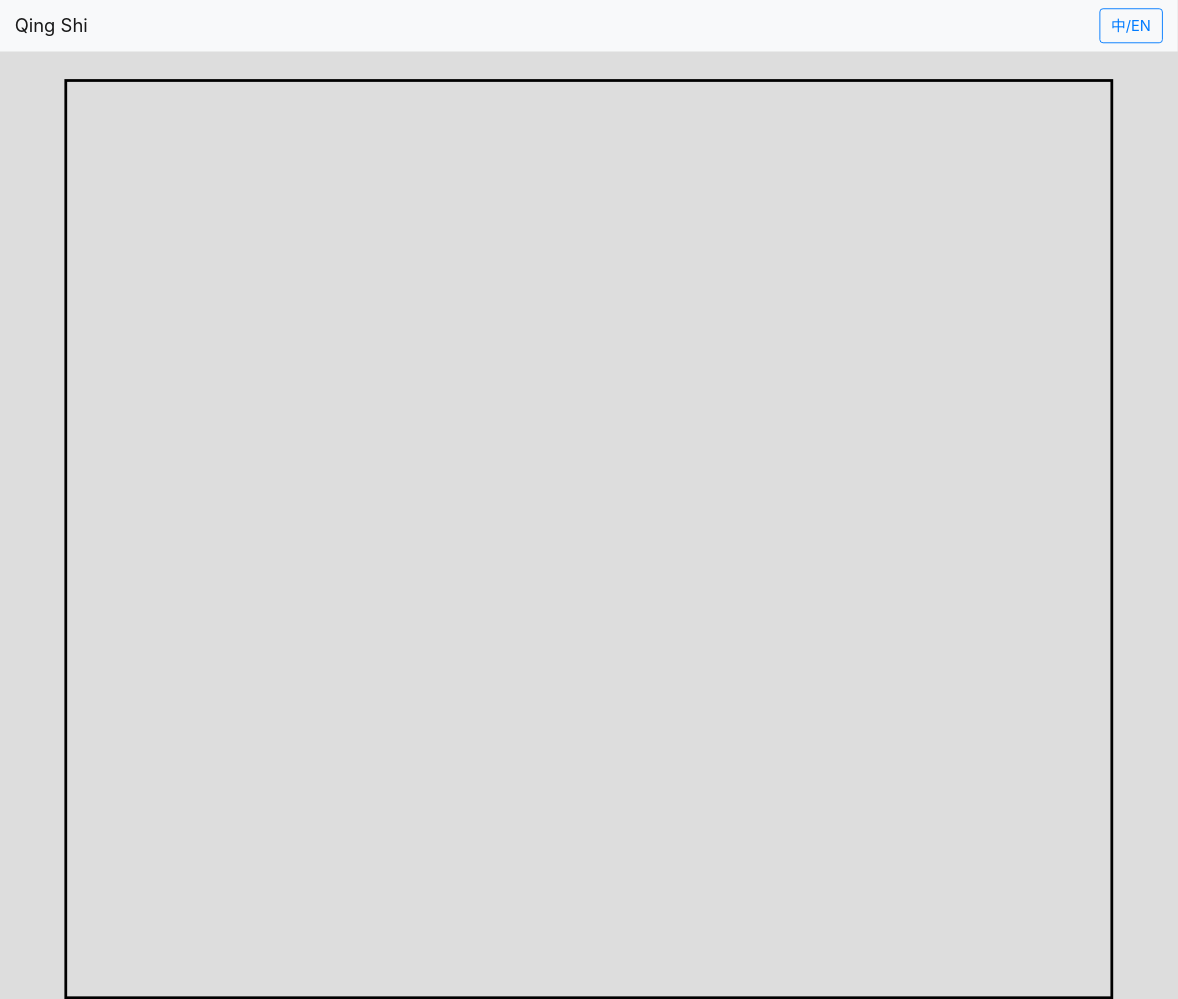
Repository: sqsssq/webpage
Page: index.html
An editor plug-in stored every save of this project. The page is shown before and after the next save, followed by the edit.
The browser window is 1280 px wide. The pictures show the whole page, at 92% of full size.
Some web libraries are served in a nearby version.

Above is the page before, as saved 2022-03-27 20:43:38.

### index.html
<!--
 * @Author: Qing Shi
 * @LastEditTime: 2022-03-27 20:43:20
 * @Knowledge:
 * @Description: my homepage
 * @Attention:
-->
<!doctype html>
<html lang="zh-CN">

<head>
    <!-- 必须的 meta 标签 -->
    <meta charset="utf-8">
    <meta name="viewport" content="width=device-width, initial-scale=1, shrink-to-fit=no">
    <title>Qing Shi</title>

    <!-- 新 Bootstrap4 核心 CSS 文件 -->
    <link rel="stylesheet" href="https://cdn.staticfile.org/twitter-bootstrap/4.3.1/css/bootstrap.min.css">

    <!-- jQuery文件。务必在bootstrap.min.js 之前引入 -->
    <script src="https://cdn.staticfile.org/jquery/3.2.1/jquery.min.js"></script>

    <!-- bootstrap.bundle.min.js 用于弹窗、提示、下拉菜单，包含了 popper.min.js -->
    <script src="https://cdn.staticfile.org/popper.js/1.15.0/umd/popper.min.js"></script>

    <!-- 最新的 Bootstrap4 核心 JavaScript 文件 -->
    <script src="https://cdn.staticfile.org/twitter-bootstrap/4.3.1/js/bootstrap.min.js"></script>

    <link rel="stylesheet" href="css/index.css">
    <link rel="shortcut icon" href="icon/bitbug_favicon.ico" />
</head>

<body>

    <nav class="navbar navbar-light bg-light">
        <a class="navbar-brand" href="#">
            Qing Shi
        </a>

        <button type="button" class="btn btn-outline-primary">中/EN</button>
    </nav>

    <div class="container framework">
        <!-- Image and text -->
    </div>
</body>

</html>

### css/index.css
*{
    margin:0;
    padding:0;
}

body{
    /* font-family:Georia,serif; */
    background:#ddd;
    /* font-weight:bold; */
    /* font-size:15px; */
    /* color:#333;
    overflow: hidden; */
    -webkit-font-smoothing:antialiased;
}

.framework{
    height:1000px; margin-top: 30px; border-color: black; border-width: 3px;border-style:solid
}


/*chrome--------------------------------------------start*/
::-webkit-scrollbar {
    width: 8px;
    height: 8px;
}

/* Track */
::-webkit-scrollbar-track {
    background: #ffffff;
    border-radius: 8px;
}

/* Handle */
::-webkit-scrollbar-thumb {
    background: rgb(201, 201, 202);
    border-radius: 8px;
}

/* Handle on hover */
::-webkit-scrollbar-thumb:hover {
    background: rgb(162, 162, 163);
}

.el-menu::-webkit-scrollbar,
.el-table__body-wrapper::-webkit-scrollbar {
    display: none;
}

.el-menu:hover::-webkit-scrollbar,
.el-table__body-wrapper:hover::-webkit-scrollbar {
    display: block;
}

/*chrome--------------------------------------------end*/

After the next save:
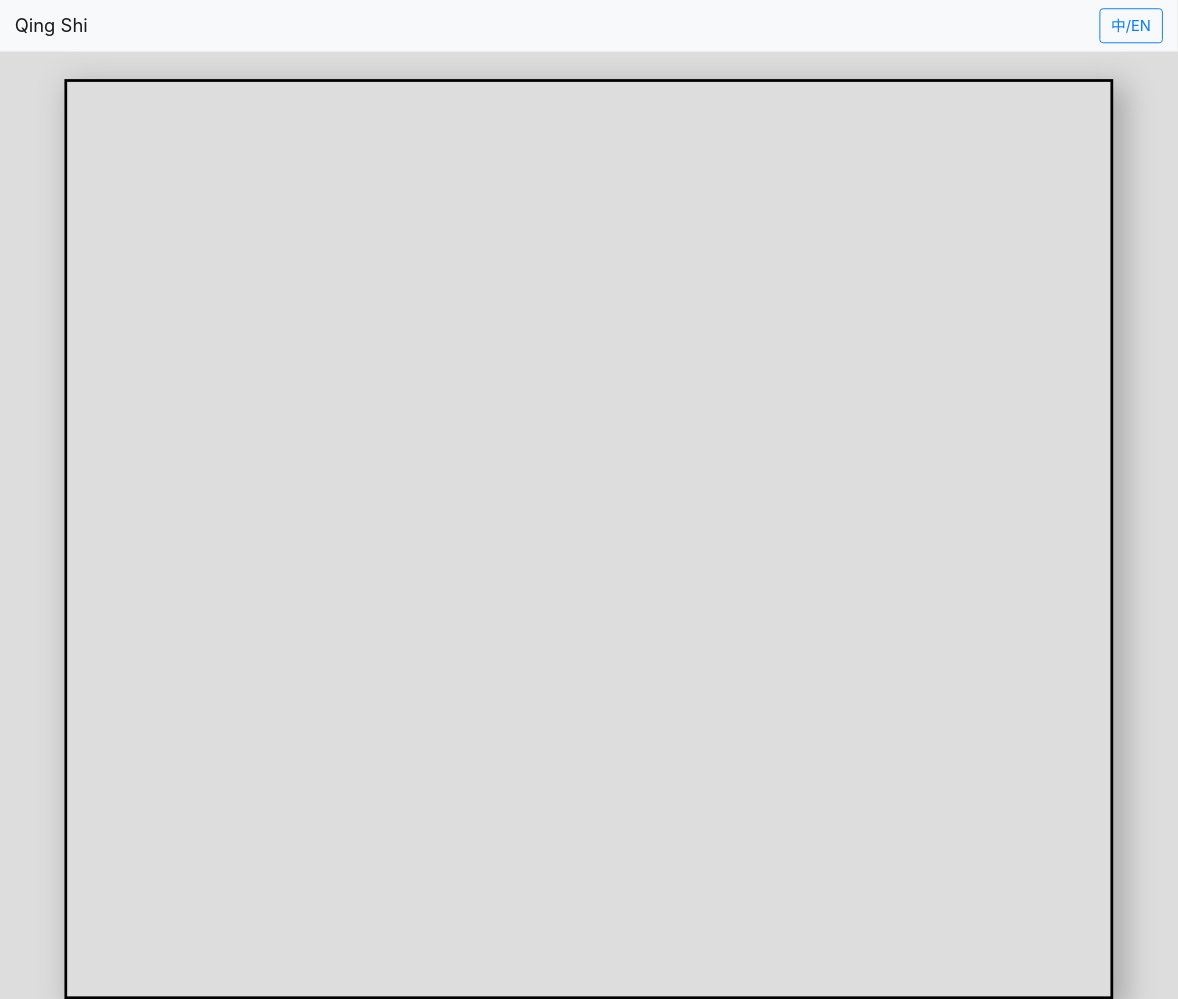
Saved 65 s later.
--- a/css/index.css
+++ b/css/index.css
@@ -1,20 +1,25 @@
-*{
-    margin:0;
-    padding:0;
+* {
+    margin: 0;
+    padding: 0;
 }
 
-body{
+body {
     /* font-family:Georia,serif; */
-    background:#ddd;
+    background: #ddd;
     /* font-weight:bold; */
     /* font-size:15px; */
     /* color:#333;
     overflow: hidden; */
-    -webkit-font-smoothing:antialiased;
+    -webkit-font-smoothing: antialiased;
 }
 
-.framework{
-    height:1000px; margin-top: 30px; border-color: black; border-width: 3px;border-style:solid
+.framework {
+    height: 1000px;
+    margin-top: 30px;
+    border-color: black;
+    border-width: 3px;
+    border-style: solid;
+    box-shadow: darkgrey 10px 10px 30px 5px ;
 }
 
 
